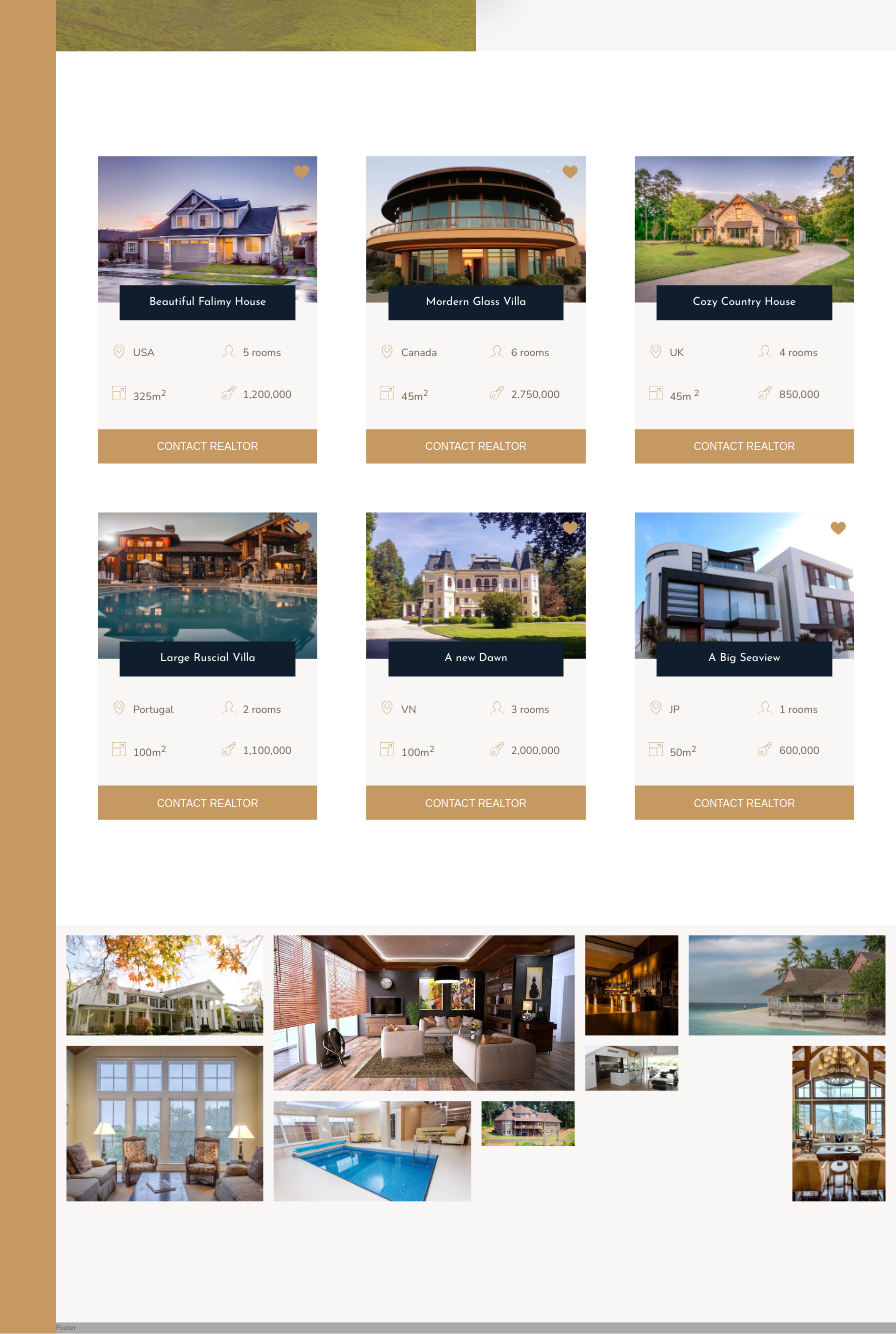
Repository: m2pd/your-home
Page: index.html
These files come from the project's save history. The page is drawn as it stood at one moment and after the next save; the edit follows.
The browser window is 1280 px wide. The pictures show the part of the page from y = 1683 to 3603 px (the page is 3588 px tall before and 3603 px after), at 70% of full size.
The style sheet was rebuilt from its Sass, Less or Tailwind sources for each picture, by a compiler version that may differ from the author's.

Above is the page before, as saved 2020-03-07 18:34:37.

### index.html
<!DOCTYPE html>
<html lang="en">
    <head>
        <meta charset="UTF-8">
        <meta name="viewport" content="width=device-width, initial-scale=1.0">
        <meta http-equiv="X-UA-Compatible" content="ie=edge">

        <link href="https://fonts.googleapis.com/css?family=Josefin+Sans:300,400,400i|Nunito:300,300i" rel="stylesheet">
        <link rel="stylesheet" href="css/style.css">
        <link rel="shortcut icon" type="image/png" href="img/favicon.png">

        <title>nexter &mdash; your home, your freedom</title>
    </head>
    <body class="container">

        <div class="sidebar">
            Sidebar
        </div>

        <header class="header">
            Header
        </header>

        <div class="realtors">
            3 Realtors
        </div>

        <div class="features">
            <div class="feature feature-1">
                <svg class="feature__icon">
                    <use xlink:href="img/sprite.svg#icon-global"></use>
                </svg>
                <h4 class="heading-4 heading-4--dark">World's best luxury homes</h4>
                <p class="feature__text">
                    Lorem, ipsum dolor sit amet consectetur adipisicing elit. Tenetur distinctio necessitatibus pariatur voluptatibus.
                </p>
            </div>

            <div class="feature feature-2">
                <svg class="feature__icon">
                    <use xlink:href="img/sprite.svg#icon-trophy"></use>
                </svg>
                <h4 class="heading-4 heading-4--dark">Only the best properties</h4>
                <p class="feature__text">
                    Voluptatum mollitia quae. Vero ipsum sapiente molestias accusamus rerum sed a eligendi aut quia.
                </p>
            </div>

            <div class="feature feature-3">
                <svg class="feature__icon">
                    <use xlink:href="img/sprite.svg#icon-map-pin"></use>
                </svg>
                <h4 class="heading-4 heading-4--dark">All home in top location</h4>
                <p class="feature__text">
                    Tenetur distinctio necessitatibus pariatur voluptatibus quidem consequatur harum.
                </p>
            </div>

            <div class="feature feature-4">
                <svg class="feature__icon">
                    <use xlink:href="img/sprite.svg#icon-key"></use>
                </svg>
                <h4 class="heading-4 heading-4--dark">New home in one week</h4>
                <p class="feature__text">
                    Vero ipsum sapiente molestias accusamus rerum. Lorem, ipsum dolor sit amet consectetur adipisicing elit.
                </p>
            </div>

            <div class="feature feature-5">
                <svg class="feature__icon">
                    <use xlink:href="img/sprite.svg#icon-presentation"></use>
                </svg>
                <h4 class="heading-4">Top 1% realtors</h4>
                <p class="feature__text">
                    Quidem consequatur harum, voluptatum mollitia quae. Tenetur distinctio necessitatibus pariatur voluptatibus.
                </p>
            </div>

            <div class="feature feature-6">
                <svg class="feature__icon">
                    <use xlink:href="img/sprite.svg#icon-lock"></use>
                </svg>
                <h4 class="heading-4">Secure in Payment on nexter</h4>
                <p class="feature__text">
                    Pariatur voluptatibus quidem consequatur harum, voluptatum mollitia quae.
                </p>
            </div>
        </div>

        <div class="story__pictures">
            <img src="img/story-1.jpeg" alt="Couple with new house" class="story__img--1">
            <img src="img/story-2.jpeg" alt="New house" class="story__img--2">
        </div>

        <div class="story__content">
            <h3 class="heading-3 mb-sm">Happy Customer</h3>
            <h2 class="heading-2 heading-2--dark mb-md">&ldquo;The best decsion of our live&ldquo;</h2>
            <div class="story__text">
                Lorem ipsum dolor sit amet consectetur, adipisicing elit. Asperiores ipsam aut similique cumque nesciunt accusantium perspiciatis delectus! Incidunt, debitis ipsum.
            </div>
            <button class="btn">Find your our home</button>
        </div>

        <section class="homes">
            <div class="home">
                <img src="img/house-1.jpeg" alt="House 1" class="home__img">
                <svg class="home__like">
                    <use xlink:href="img/sprite.svg#icon-heart-full"></use>
                </svg>
                <h5 class="home__name">Beautiful Falimy House</h5>
                <div class="home__location">
                    <svg>
                        <use xlink:href="img/sprite.svg#icon-map-pin"></use>
                    </svg>
                    <p>USA</p>
                </div>
                <div class="home__rooms">
                    <svg>
                        <use xlink:href="img/sprite.svg#icon-profile-male"></use>
                    </svg>
                    <p>5 rooms</p>
                </div>
                <div class="home__area">
                    <svg>
                        <use xlink:href="img/sprite.svg#icon-expand"></use>
                    </svg>
                    <p>325m<sup>2</sup></p>
                </div>
                <div class="home__price">
                    <svg>
                        <use xlink:href="img/sprite.svg#icon-key"></use>
                    </svg>
                    <p>1,200,000</p>
                </div>
                <button class="btn home__btn">Contact realtor</button>
            </div>

            <div class="home">
                <img src="img/house-2.jpeg" alt="House 2" class="home__img">
                <svg class="home__like">
                    <use xlink:href="img/sprite.svg#icon-heart-full"></use>
                </svg>
                <h5 class="home__name">Mordern Glass Villa</h5>
                <div class="home__location">
                    <svg>
                        <use xlink:href="img/sprite.svg#icon-map-pin"></use>
                    </svg>
                    <p>Canada</p>
                </div>
                <div class="home__rooms">
                    <svg>
                        <use xlink:href="img/sprite.svg#icon-profile-male"></use>
                    </svg>
                    <p>6 rooms</p>
                </div>
                <div class="home__area">
                    <svg>
                        <use xlink:href="img/sprite.svg#icon-expand"></use>
                    </svg>
                    <p>45m<sup>2</sup></p>
                </div>
                <div class="home__price">
                    <svg>
                        <use xlink:href="img/sprite.svg#icon-key"></use>
                    </svg>
                    <p>2.750,000</p>
                </div>
                <button class="btn home__btn">Contact realtor</button>
            </div>

            <div class="home">
                <img src="img/house-3.jpeg" alt="House 3" class="home__img">
                <svg class="home__like">
                    <use xlink:href="img/sprite.svg#icon-heart-full"></use>
                </svg>
                <h5 class="home__name">Cozy Country House</h5>
                <div class="home__location">
                    <svg>
                        <use xlink:href="img/sprite.svg#icon-map-pin"></use>
                    </svg>
                    <p>UK</p>
                </div>
                <div class="home__rooms">
                    <svg>
                        <use xlink:href="img/sprite.svg#icon-profile-male"></use>
                    </svg>
                    <p>4 rooms</p>
                </div>
                <div class="home__area">
                    <svg>
                        <use xlink:href="img/sprite.svg#icon-expand"></use>
                    </svg>
                    <p>45m <sup>2</sup></p>
                </div>
                <div class="home__price">
                    <svg>
                        <use xlink:href="img/sprite.svg#icon-key"></use>
                    </svg>
                    <p>850,000</p>
                </div>
                <button class="btn home__btn">Contact realtor</button>
            </div>

            <div class="home">
                <img src="img/house-4.jpeg" alt="House 4" class="home__img">
                <svg class="home__like">
                    <use xlink:href="img/sprite.svg#icon-heart-full"></use>
                </svg>
                <h5 class="home__name">Large Ruscial Villa</h5>
                <div class="home__location">
                    <svg>
                        <use xlink:href="img/sprite.svg#icon-map-pin"></use>
                    </svg>
                    <p>Portugal</p>
                </div>
                <div class="home__rooms">
                    <svg>
                        <use xlink:href="img/sprite.svg#icon-profile-male"></use>
                    </svg>
                    <p>2 rooms</p>
                </div>
                <div class="home__area">
                    <svg>
                        <use xlink:href="img/sprite.svg#icon-expand"></use>
                    </svg>
                    <p>100m<sup>2</sup></p>
                </div>
                <div class="home__price">
                    <svg>
                        <use xlink:href="img/sprite.svg#icon-key"></use>
                    </svg>
                    <p>1,100,000</p>
                </div>
                <button class="btn home__btn">Contact realtor</button>
            </div>

            <div class="home">
                <img src="img/house-5.jpeg" alt="House 5" class="home__img">
                <svg class="home__like">
                    <use xlink:href="img/sprite.svg#icon-heart-full"></use>
                </svg>
                <h5 class="home__name">A new Dawn</h5>
                <div class="home__location">
                    <svg>
                        <use xlink:href="img/sprite.svg#icon-map-pin"></use>
                    </svg>
                    <p>VN</p>
                </div>
                <div class="home__rooms">
                    <svg>
                        <use xlink:href="img/sprite.svg#icon-profile-male"></use>
                    </svg>
                    <p>3 rooms</p>
                </div>
                <div class="home__area">
                    <svg>
                        <use xlink:href="img/sprite.svg#icon-expand"></use>
                    </svg>
                    <p>100m<sup>2</sup></p>
                </div>
                <div class="home__price">
                    <svg>
                        <use xlink:href="img/sprite.svg#icon-key"></use>
                    </svg>
                    <p>2,000,000</p>
                </div>
                <button class="btn home__btn">Contact realtor</button>
            </div>

            <div class="home">
                <img src="img/house-6.jpeg" alt="House 6" class="home__img">
                <svg class="home__like">
                    <use xlink:href="img/sprite.svg#icon-heart-full"></use>
                </svg>
                <h5 class="home__name">A Big Seaview</h5>
                <div class="home__location">
                    <svg>
                        <use xlink:href="img/sprite.svg#icon-map-pin"></use>
                    </svg>
                    <p>JP</p>
                </div>
                <div class="home__rooms">
                    <svg>
                        <use xlink:href="img/sprite.svg#icon-profile-male"></use>
                    </svg>
                    <p>1 rooms</p>
                </div>
                <div class="home__area">
                    <svg>
                        <use xlink:href="img/sprite.svg#icon-expand"></use>
                    </svg>
                    <p>50m<sup>2</sup></p>
                </div>
                <div class="home__price">
                    <svg>
                        <use xlink:href="img/sprite.svg#icon-key"></use>
                    </svg>
                    <p>600,000</p>
                </div>
                <button class="btn home__btn">Contact realtor</button>
            </div>
        </section>

        <section class="gallery">
            <figure class="gallery__item gallery__item--1">
                <img src="img/gal-1.jpeg" alt="Gallery Image 1" class="gallery__img">
            </figure>
            <figure class="gallery__item gallery__item--2">
                <img src="img/gal-2.jpeg" alt="Gallery Image 2" class="gallery__img">
            </figure>
            <figure class="gallery__item gallery__item--3">
                <img src="img/gal-3.jpeg" alt="Gallery Image 3" class="gallery__img">
            </figure>
            <figure class="gallery__item gallery__item--4">
                <img src="img/gal-4.jpeg" alt="Gallery Image 4" class="gallery__img">
            </figure>
            <figure class="gallery__item gallery__item--5">
                <img src="img/gal-5.jpeg" alt="Gallery Image 5" class="gallery__img">
            </figure>
            <figure class="gallery__item gallery__item--6">
                <img src="img/gal-6.jpeg" alt="Gallery Image 6" class="gallery__img">
            </figure>
            <figure class="gallery__item gallery__item--7">
                <img src="img/gal-7.jpeg" alt="Gallery Image 7" class="gallery__img">
            </figure>
            <figure class="gallery__item gallery__item--8">
                <img src="img/gal-8.jpeg" alt="Gallery Image 8" class="gallery__img">
            </figure>
            <figure class="gallery__item gallery__item--9">
                <img src="img/gal-9.jpeg" alt="Gallery Image 9" class="gallery__img">
            </figure>
            <!-- <img src="img/gal-2.jpeg" alt="Gallery Image 2" class="gallery__img"> -->
        </section>

        <footer class="footer">
            Footer
        </footer>

    </body>
</html>

### sass/_base.scss
// COLOR VARIABLES
$color-primary: #c69963;
$color-primary-dark: #B28451;

$color-secondary: #101d2c;

$color-grey-light-1: #f9f7f6;
$color-grey-light-2: #aaa;

$color-grey-dark-1: #54483A;
$color-grey-dark-2: #6D5D4B;

// FONT VARIABLES
$font-primary: 'Nunito', sans-serif;
$font-display: 'Josefin Sans', sans-serif;


*,
*::before,
*::after{
    margin:0;
    padding:0;
    box-sizing: inherit;
}

html{
    font-size:62.5%;
    box-sizing: border-box;
}

body{
    font-family: $font-primary;
    color: $color-grey-dark-2;
    font-weight: 300;
    line-height: 1.6;
}

.container{
    display: grid;
    grid-template-rows: 80vh min-content 40vw repeat(3, min-content);
    grid-template-columns:[sidebar-start] 8rem [sidebar-end full-start] minmax(6rem, 1fr) [center-start] repeat(8, [col-start] minmax(min-content, 14rem) [col-end]) [center-end] minmax(6rem, 1fr) [full-end];

}

### sass/_typography.scss
%heading {
  font-family: $font-display;
  font-weight: 400;
}

.heading-1 {
  @extend %heading;
}

.heading-2 {
  @extend %heading;
  font-size: 4rem;
  font-style: italic;
  line-height: 1;

  &--light{ color: $color-grey-light-1;}
  &--dark{ color: $color-grey-dark-1;}
}

.heading-3 {
  @extend %heading;

  font-size: 1.6rem;
  color: $color-primary;
  text-transform: uppercase;

}

.heading-4 {
  @extend %heading;
  font-size: 1.9rem;

  &--light{ color: $color-grey-light-1;}
  &--dark{ color: $color-grey-dark-1;}

}

.btn{
    background-color: $color-primary;
    color: #fff;
    font-size: 1.5rem;
    border: none;
    border-radius: none;
    padding: 1.6rem  3rem;
    text-transform: uppercase;
    cursor: pointer;
    transition: all .2s;

    &:hover{
      background-color: $color-primary-dark;
    }
}

.mb-sm{ margin-bottom: 2rem; }
.mb-md{ margin-bottom: 3rem; }
.mb-lg{ margin-bottom: 4rem; }
.mb-hg{ margin-bottom: 8rem; }

### sass/_features.scss
.features{
    grid-column: center-start /  center-end;

    margin: 15rem 0;
    display: grid;
    // grid-template-columns: repeat(3, 1fr);
    grid-template-columns: repeat(auto-fit, minmax(25rem, 1fr));
    grid-gap: 6rem;
}

.feature{
    display: grid;
    grid-template-columns: min-content 1fr;
    grid-column-gap: 2.5rem;
    grid-row-gap: 1.5rem;

    align-items: start;

    &__icon{
        fill: $color-primary;
        width:4.5rem;
        height:4.5rem;

        grid-row: 1 / span 2;
    }

    &__text{
        font-size: 1.7rem;
    }
}

### sass/_story.scss
.story{
    &__pictures{
        background-color: $color-primary;
        grid-column: full-start / col-end 4;
        background-image:linear-gradient(rgba($color-primary,.5), rgba($color-primary, .5)),
                         url(../img/back.jpg);

        display: grid;
        grid-template-columns: repeat(6, 1fr);
        grid-template-rows: repeat(6, 1fr);
        align-items:center ;
    }

    &__img--1{
        width: 100%;
        grid-column: 2 / 6;
        grid-row: 2 / 6;
        box-shadow: 0 2rem 5rem rgba(#000, .1);
    }

    &__img--2{
        width: 115%;
        grid-column: 4 / 7;
        grid-row: 4 / 6;
        z-index: 20;
        box-shadow: 0 2rem 5rem rgba(#000, .1);

    }

    &__content{
        background-color: $color-grey-light-1;
        grid-column: col-start 5 / full-end;

        padding: 6rem 8vw;

        // display: flex;
        // flex-direction: column;
        // justify-content: center;
        // align-items: flex-start;

        display: grid;
        align-content: center;
        justify-items: start;
    }

    &__text{
        font-size: 1.5rem;
        font-style: italic;
        margin-bottom: 4rem;


    }
}

### sass/_homes.scss
.homes{
    grid-column: center-start / center-end;
    margin: 15rem 0;

    display: grid;
    grid-template-columns: repeat(auto-fit, minmax(25rem, 1fr));
    grid-gap: 7rem;
}

.home{
    background-color:  $color-grey-light-1;

    display: grid;
    grid-template-columns: repeat(2, 1fr);
    grid-row-gap: 3.5rem;

    &__img{
        width: 100%;
        grid-row: 1/ 2;
        grid-column: 1/ -1;
        z-index: 1;
    }

    &__like{
        grid-row: 1/ 2;
        grid-column: 2/ 3;
        fill: $color-primary;
        width: 2.5rem;
        height: 2.5rem;
        z-index: 2;
        justify-self: end;
        margin: 1rem;

    }

    &__name{
        grid-column: 1/ -1;
        grid-row: 1 / 2;

        width: 80%;
        align-self: end;
        justify-self: center;
        font-family: $font-display;
        font-size: 1.6rem;
        font-weight: 400;
        text-align: center;
        background-color: $color-secondary;
        color:#fff;
        padding: 1.25rem;
        z-index: 2;
        transform: translateY(50%);
    }

    &__location,
    &__rooms{
        margin-top: 2.5rem;
    }

    &__location,
    &__rooms,
    &__area,
    &__price{
        font-size: 1.5rem;
        margin-left: 2rem;

        display: flex;
        align-content: center;
        svg{
            fill: $color-primary;
            width: 2rem;
            height: 2rem;

            margin-right: 1rem;
        }
    }

    &__btn{
        grid-column: 1/ -1;
    }
}

### sass/_gallery.scss
.gallery{
    background-color: $color-grey-light-1;
    grid-column: full-start / full-end;

    display: grid;
    grid-template-columns: repeat(8, 1fr);
    grid-template-rows: repeat(7, 5vw);
    grid-gap: 1.5rem;
    padding: 1.5rem;


    &__item{
        &--1{
            grid-row:1 / span 2;
            grid-column: 1 / span 2;
        }

        &--2{
            grid-row:1 / span 3;
            grid-column: 3 / span 3;
        }

        &--3{
            grid-row:1 / span 2;
            grid-column: 6 / span 1;
        }

        &--4{
            grid-row:1 / span 2;
            grid-column: 7 / span 2;
        }

        &--5{
            grid-row:3 / span 3;
            grid-column: 1 / span 2;
        }

        &--6{
            grid-row:4 / span 2;
            grid-column: 3 / span 2;
        }

        &--7{
            grid-row:4 / span 1;
            grid-column: 5 / span 1;
        }

        &--8{
            grid-row:3 / span 2;
            grid-column: 6 / span 2;
        }

        &--8{
            grid-row:3 / span 3;
            grid-column: 8 / span 1;
        }
    }

    &__img{
        width:100%;
        height: 100%;
        object-fit: cover;
        display: block;
    }
}

### sass/_footer.scss
.footer{
    background-color: $color-grey-light-2;
    grid-column: full-start / full-end;
}

Loaded but not shown: sass/main.scss (common file); sass/_sidebar.scss (common file); sass/_header.scss (common file); sass/_realtors.scss (common file)

After the next save:
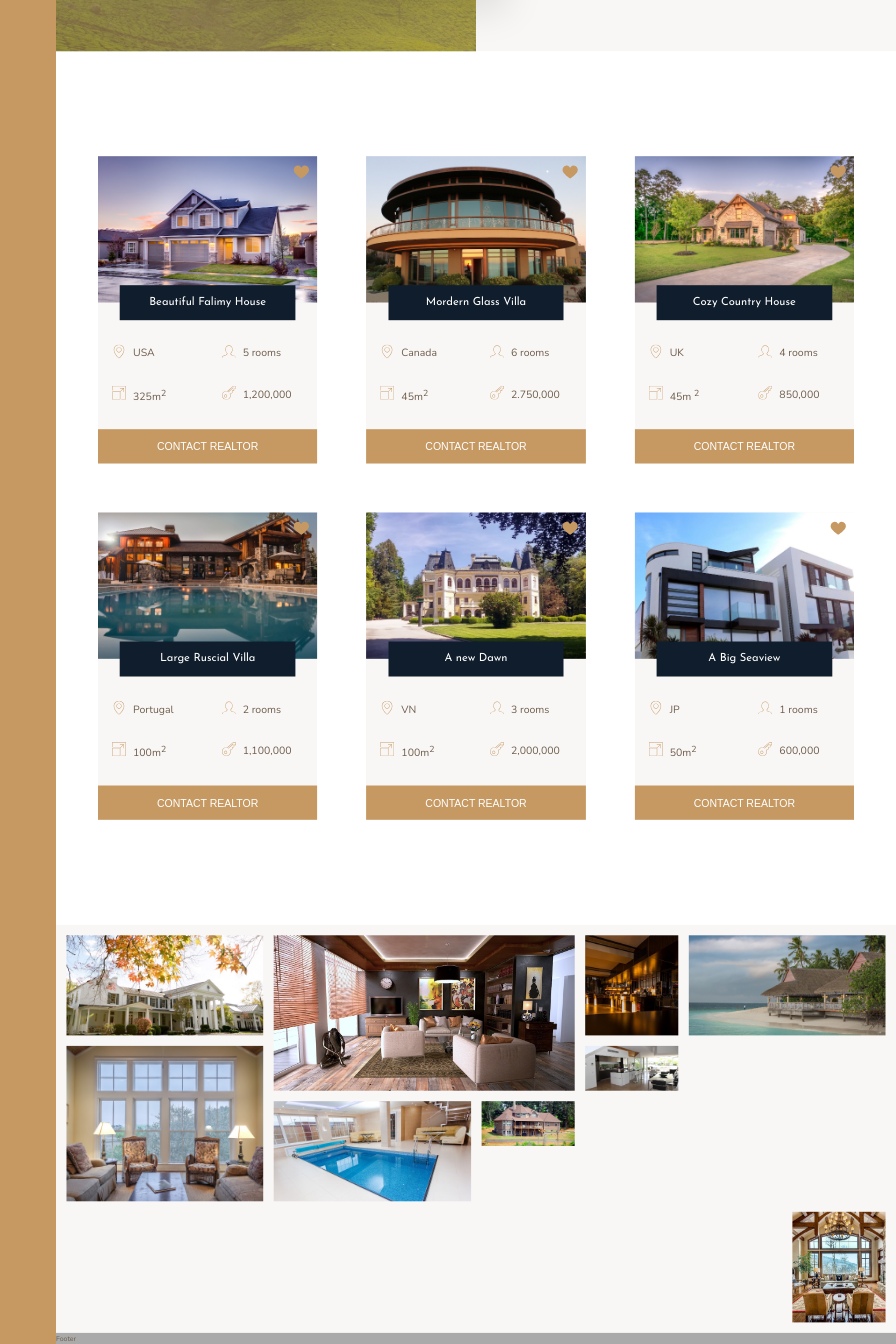
Saved 28 s later.
--- a/sass/_gallery.scss
+++ b/sass/_gallery.scss
@@ -51,7 +51,7 @@
         }
 
         &--8{
-            grid-row:3 / span 3;
+            grid-row:6 / span 3;
             grid-column: 8 / span 1;
         }
     }
